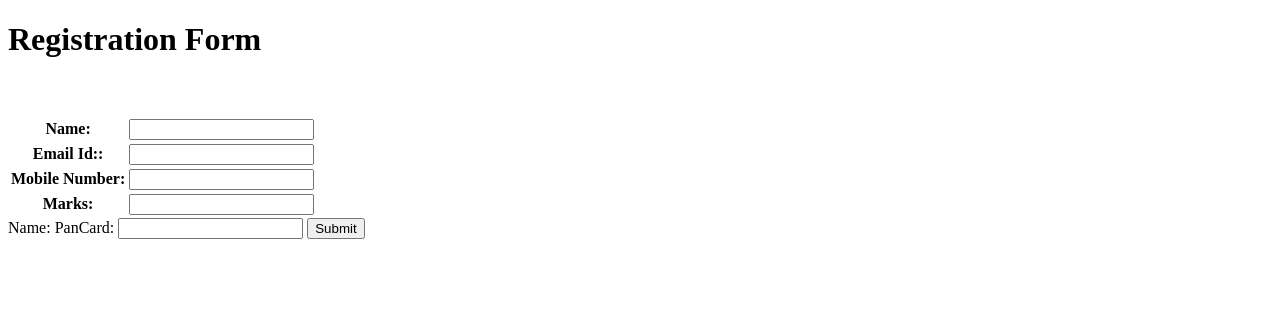
Repository: poojagupta18/Practice-Java
Page: http://localhost/MyOnlineInterviewProcess/RegistrationPortal.jsp
These files come from the project's save history. The page is drawn as it stood at one moment and after the next save; the edit follows.
The browser window is 1280 px wide. The pictures show the whole page.
The page is served by Tomcat 9.

Above is the page before, as saved 2019-12-04 10:43:47.

### java Training/java/Online-Interview-Process/MyOnlineInterviewProcess/WebContent/RegistrationPortal.jsp
<%@ page language="java" contentType="text/html; charset=ISO-8859-1"
	pageEncoding="ISO-8859-1"%>
<!DOCTYPE html>
<html>
<head>
<meta charset="ISO-8859-1">
<title>Insert title here</title>
</head>
<body>
	<h1>Registration Form</h1>
	<br>
	<br>

	<form action="_______" method="post">
		<table>
			<tr>
				<th>Name:</th>
				<td><input type="text" name="studentName"></td>
			</tr>
			<tr>
				<th>Email Id::</th>
				<td> <input type="text" name="email"></td>
			</tr>
			<tr>
				<th>  Mobile Number:</th>
				<td> <input type="text" name="mobile"></td>
			</tr>
			<tr>
				<th>Marks:</th>
				<td> <input type="text" name="marks"></td>
			</tr>




		</table>
		Name:
		 PanCard: <input type="text"
			name="pancard"> <input type="submit" value="Submit">
	</form>
</body>
</html>

After the next save:
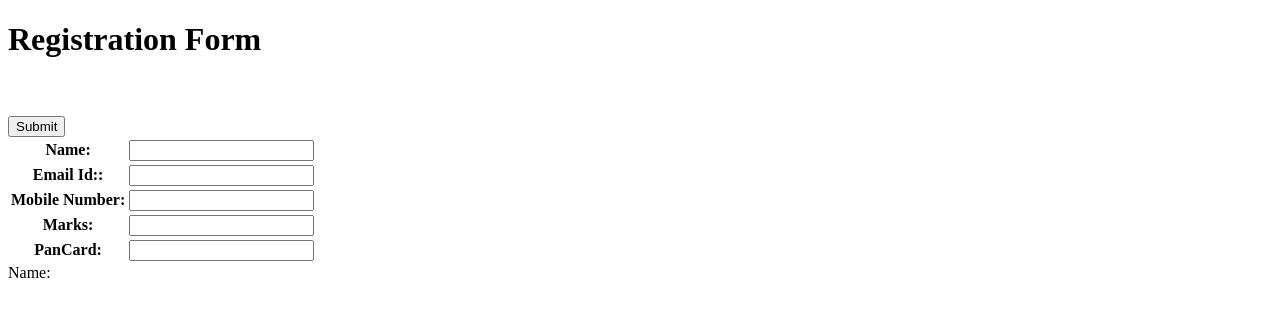
Saved 47 s later.
--- a/java Training/java/Online-Interview-Process/MyOnlineInterviewProcess/WebContent/RegistrationPortal.jsp
+++ b/java Training/java/Online-Interview-Process/MyOnlineInterviewProcess/WebContent/RegistrationPortal.jsp
@@ -29,14 +29,16 @@
 				<th>Marks:</th>
 				<td> <input type="text" name="marks"></td>
 			</tr>
-
-
+			<tr>
+				<th> PanCard:</th>
+				<td> <input type="text" name="pancard"></td>
+			</tr>
+			<input type="submit" value="Submit">
 
 
 		</table>
 		Name:
-		 PanCard: <input type="text"
-			name="pancard"> <input type="submit" value="Submit">
+
 	</form>
 </body>
 </html>
